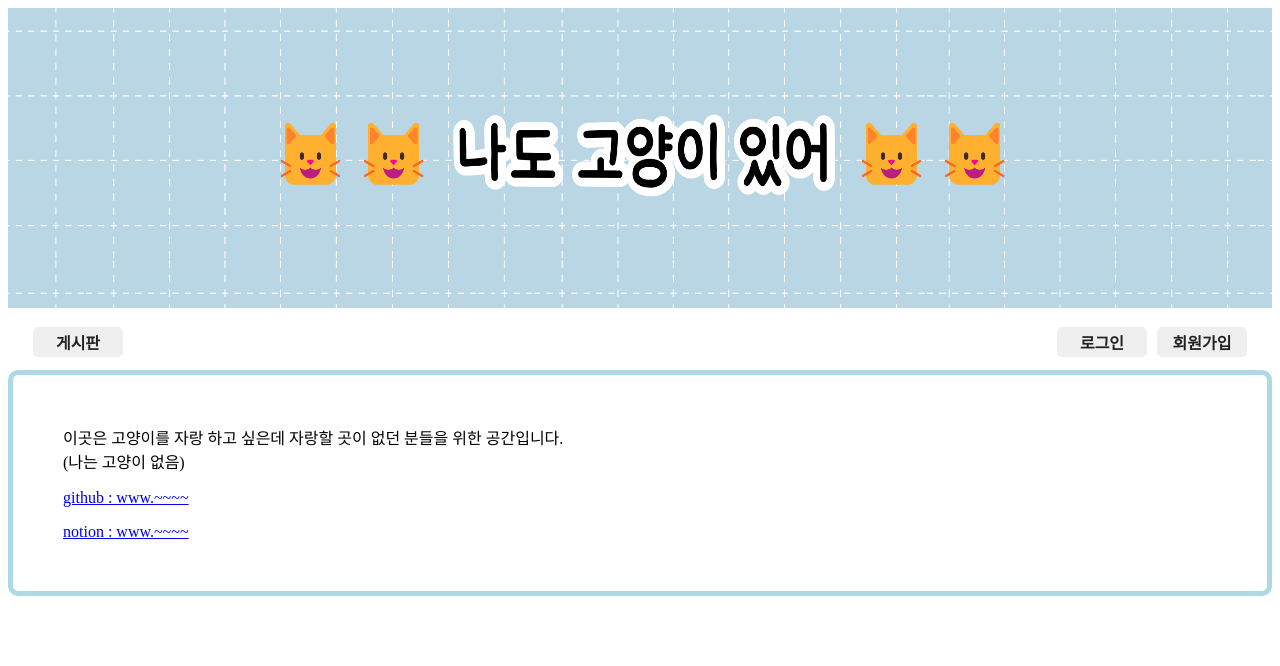
Repository: hh7711/Goit
Page: http://localhost/Goit/WEB-INF/views/mainPage.jsp
An editor plug-in stored every save of this project. The page is shown before and after the next save, followed by the edit.
The browser window is 1280 px wide. The pictures show the whole page.
Some web fonts or font styles are not loaded; a fallback is used. The page is served by Tomcat 9. Nobody is signed in. The template is opened directly, without the code that normally fills it, so the values that code supplies are empty.

Above is the page before, as saved 2023-08-03 06:34:09.

After the next save:
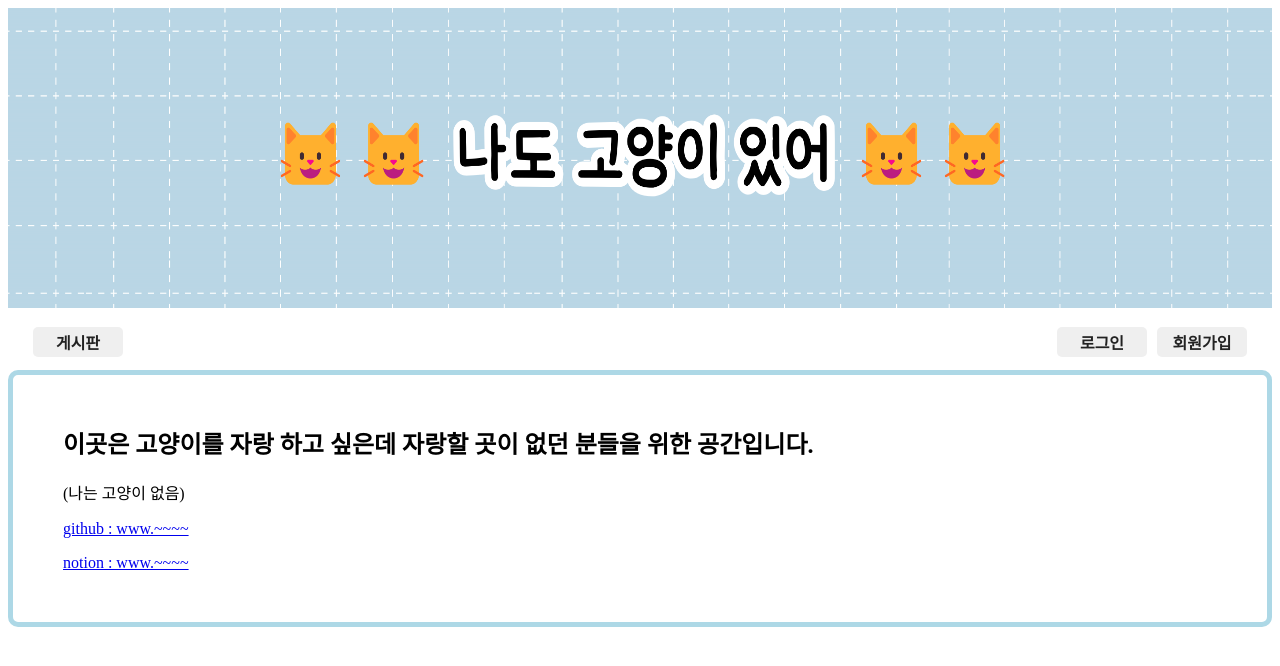
Saved 21 s later.
--- a/Goit/src/main/webapp/WEB-INF/views/mainPage.jsp
+++ b/Goit/src/main/webapp/WEB-INF/views/mainPage.jsp
@@ -78,8 +78,8 @@
 <!-- 					<img alt="오류" src="resources/main/main7.gif" width="100%"> -->
 <!-- 					<img alt="오류" src="resources/main/main8.gif" width="100%"> -->
 <!-- 					<img alt="오류" src="resources/main/main9.gif" width="100%"> -->
-					이곳은 고양이를 자랑 하고 싶은데 자랑할 곳이 없던 분들을 위한 공간입니다.
-					<br>(나는 고양이 없음)
+					<h2>이곳은 고양이를 자랑 하고 싶은데 자랑할 곳이 없던 분들을 위한 공간입니다.</h2>
+					(나는 고양이 없음)
 
 					<p><a href="#">github : www.~~~~</a></p>
 					<p><a href="#">notion : www.~~~~</a></p>
